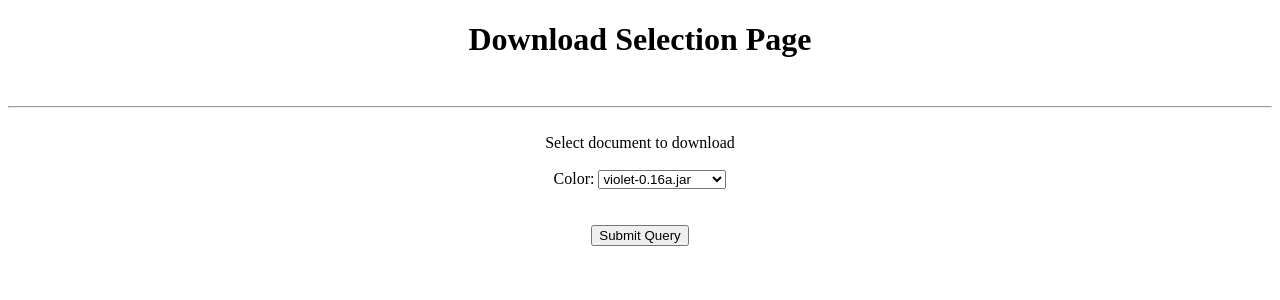
Repository: weshayutin/java258Online
Page: workspace/Week3-1Assignment/WebContent/download.html
The author's editor kept a copy of each file at every save. The page is drawn from the files as they stood at one save, then again after the next save.
The browser window is 1280 px wide. The pictures show the whole page.

Above is the page before, as saved 2011-01-29 20:53:26.

After the next save:
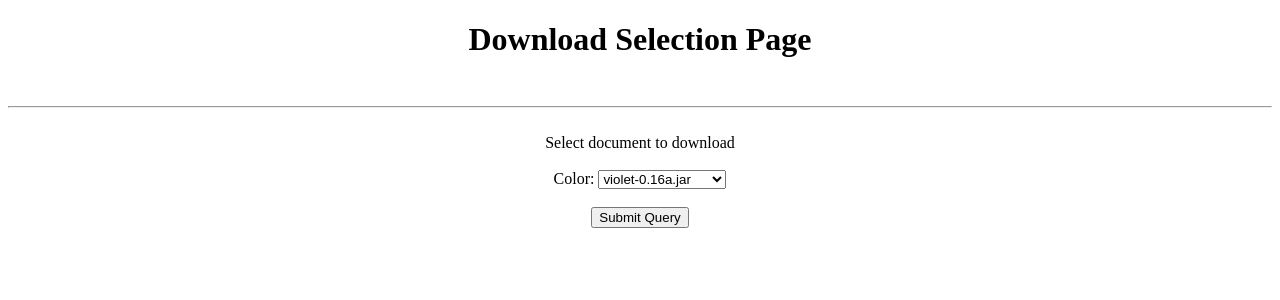
Saved 56 s later.
--- a/workspace/Week3-1Assignment/WebContent/download.html
+++ b/workspace/Week3-1Assignment/WebContent/download.html
@@ -10,6 +10,7 @@
 <br>
 <hr/>
 <br>
+<form action="ServletDump.do" method="POST">
 Select document to download
 <br><br>
 Color:
@@ -18,7 +19,7 @@
 <option>Programming.doc</option>
 </select>
 
-<form action="ServletDump.do" method="POST">
+
 	<br><br>
 	<input type="SUBMIT" name="file" value="Submit Query"/>
 </form>
